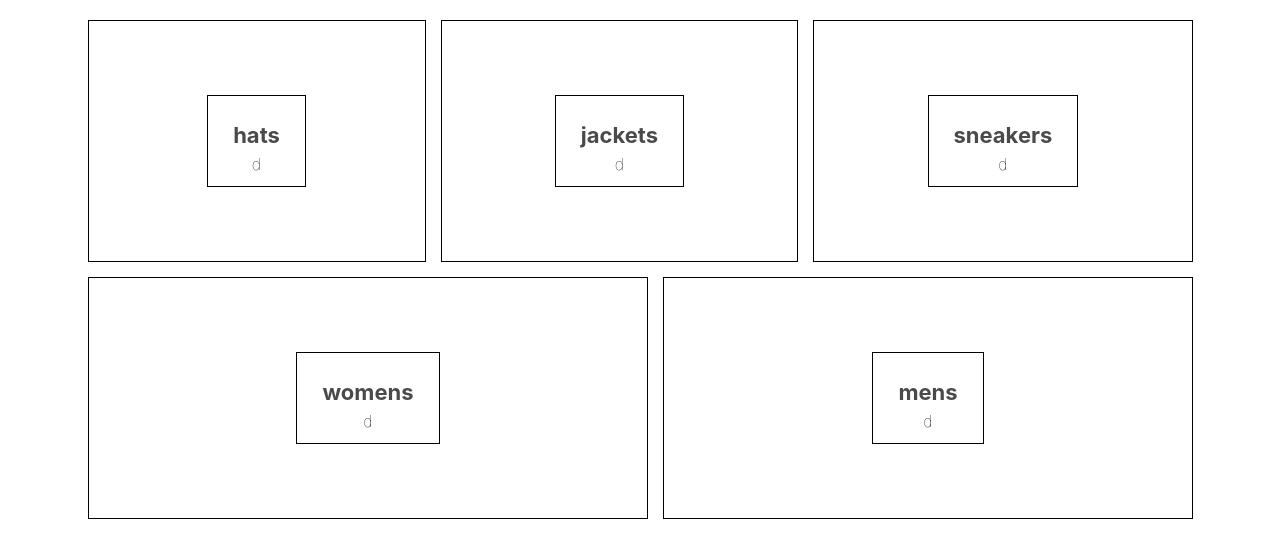
Repository: DongKhuongThai/E-Commerce
Page: /
The author's editor kept a copy of each file at every save. The page is drawn from the files as they stood at one save, then again after the next save.
The browser window is 1280 px wide. The pictures show the whole page.
The project was rebuilt for these pictures with package versions that can differ from the ones it lists, and the page was loaded fresh each time.

Above is the page before, as saved 2019-08-06 10:39:44.

### src/App.js
import React from 'react';
import HomePage from './pages/homepage/homepage.component';

function App() {
  return (
    <div>
      <HomePage></HomePage>
    </div>
  );
}

export default App;

### src/pages/homepage/homepage.component.jsx
import React from 'react';
import './homepage.styles.css';
import MenuItem from '../../components/menu-item/menu-item.component';
import Directory from '../../components/directory/directory.component';

const HomePage = () => {
    return (
        <div className="homepage">
            <Directory></Directory>
        </div>
    );
}
export default HomePage;

### src/components/menu-item/menu-item.component.jsx
import React from 'react';
import './menu-item.styles.css';

const MenuItem = ({title, imageUrl}) => {
    return (
        <div style={{
            backgroundImage: `url:(${imageUrl})`
        }} className="menu-item">
            <div className="content">
                <h1 className="title">{title}</h1>
                <span className="subtitle">d</span>
            </div>
        </div>
    );
}
export default MenuItem;

### src/components/directory/directory.component.jsx
import React from 'react';
import './directory.styles.css';
import MenuItem from '../../components/menu-item/menu-item.component';

class Directory extends React.Component {
    constructor(props){
        super(props);
        this.state = {
            sections : [
            {
                title: 'hats',
                imageUrl: 'https://i.ibb.co/cvpntL1/hats.png',
                id: 1,
                linkUrl: 'shop/hats'
            },
            {
                title: 'jackets',
                imageUrl: 'https://i.ibb.co/px2tCc3/jackets.png',
                id: 2,
                linkUrl: 'shop/jackets'
            },
            {
                title: 'sneakers',
                imageUrl: 'https://i.ibb.co/0jqHpnp/sneakers.png',
                id: 3,
                linkUrl: 'shop/sneakers'
            },
            {
                title: 'womens',
                imageUrl: 'https://i.ibb.co/GCCdy8t/womens.png',
                size: 'large',
                id: 4,
                linkUrl: 'shop/womens'
            },
            {
                title: 'mens',
                imageUrl: 'https://i.ibb.co/R70vBrQ/men.png',
                size: 'large',
                id: 5,
                linkUrl: 'shop/mens'
            }
            ]
        }
    }
    render(){
        return (
            <div className="directory-menu">
                {this.state.sections.map(({title,imageUrl,linkUrl,id})=>(
                    <MenuItem key={id} title={title} imageUrl={imageUrl} linkUrl={linkUrl}></MenuItem>
                ))}
            </div>
        );
    }
}
export default Directory;

### src/components/menu-item/menu-item.styles.css
.menu-item {
    min-width: 30%;
    height: 240px;
    flex: 1 1 auto;
    display: flex;
    align-items: center;
    justify-content: center;
    border: 1px solid black;
    margin: 0 7.5px 15px;
    background-position: center;
    background-size: cover;
}

    .content {
      height: 90px;
      padding: 0 25px;
      display: flex;
      flex-direction: column;
      align-items: center;
      justify-content: center;
      border: 1px solid black;
    }
      .title {
        font-weight: bold;
        margin-bottom: 6px;
        font-size: 22px;
        color: #4a4a4a;
      }

      .subtitle {
        font-weight: lighter;
        font-size: 16px;
      }

Loaded but not shown: public/index.html (common file); src/index.js (common file); src/index.css (common file); src/serviceWorker.js (common file); src/pages/homepage/homepage.styles.css (common file); src/components/directory/directory.styles.css (common file)

After the next save:
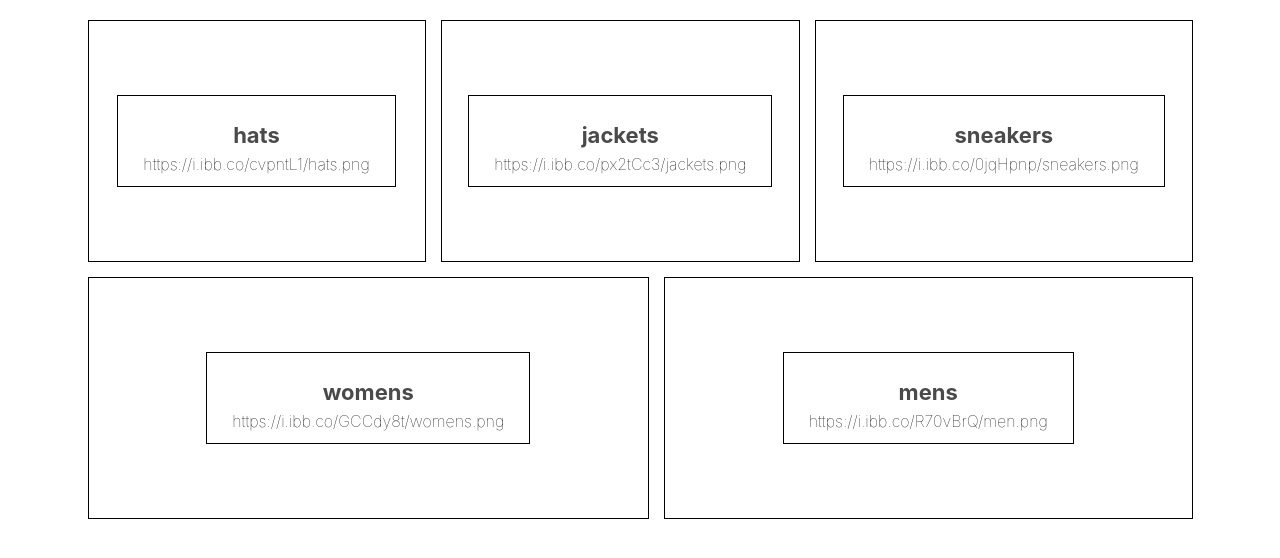
Saved 85 s later.
--- a/src/components/menu-item/menu-item.component.jsx
+++ b/src/components/menu-item/menu-item.component.jsx
@@ -8,7 +8,7 @@ const MenuItem = ({title, imageUrl}) => {
         }} className="menu-item">
             <div className="content">
                 <h1 className="title">{title}</h1>
-                <span className="subtitle">d</span>
+                <span className="subtitle">{imageUrl}</span>
             </div>
         </div>
     );
